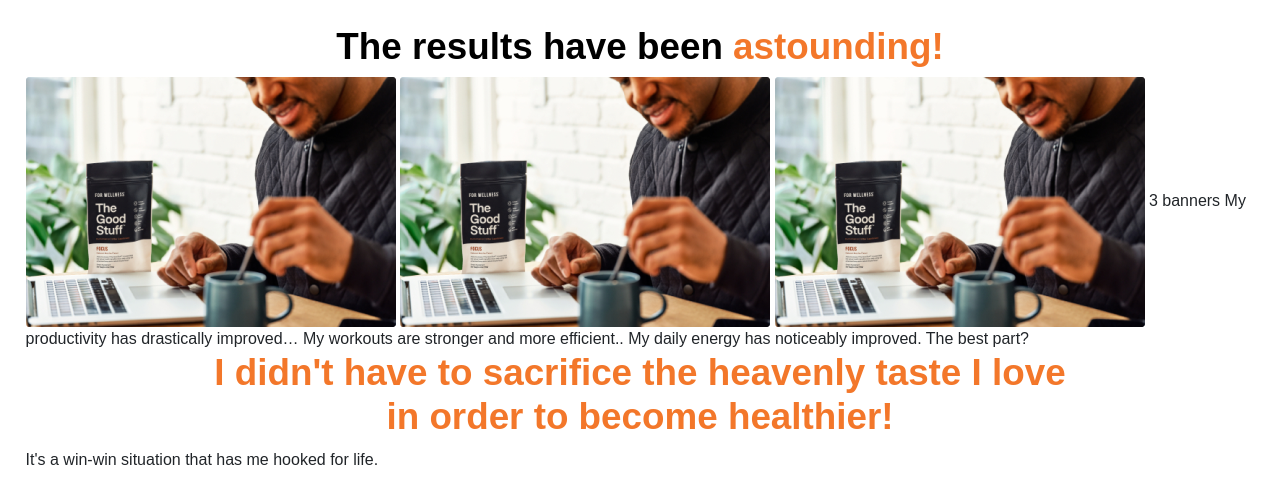
Repository: dariusprince90/wellness-landing
Page: index.html
An editor plug-in stored every save of this project. The page is shown before and after the next save, followed by the edit.
The browser window is 1280 px wide. The pictures show the part of the page from y = 2970 to 3467 px (the page is 9607 px tall).
Pictures or frames that could not be fetched are drawn as grey boxes.

Above is the page before, as saved 2023-07-27 16:45:27.

After the next save:
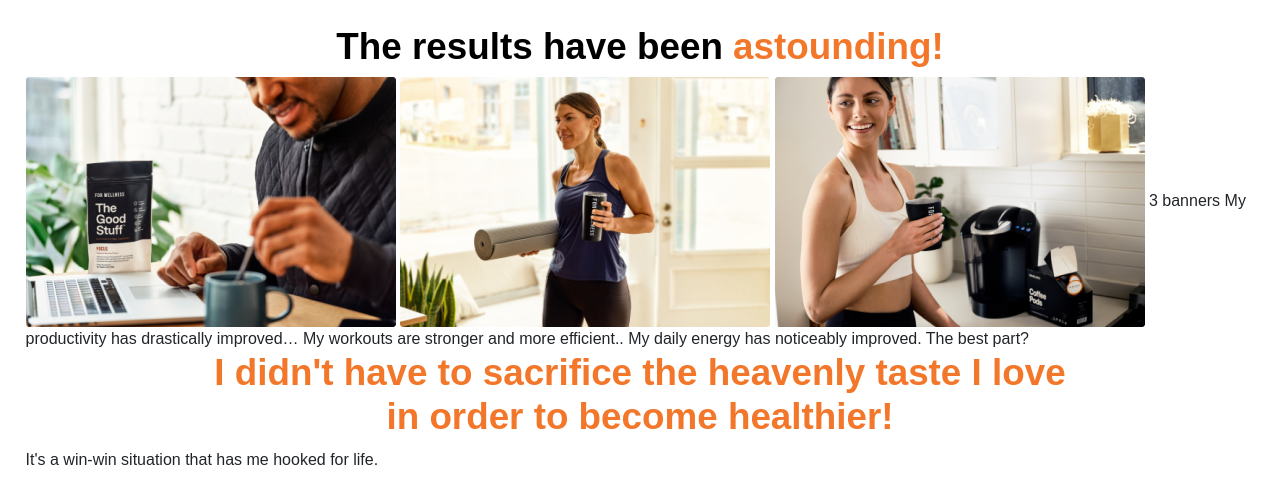
Saved 10 s later.
--- a/index.html
+++ b/index.html
@@ -198,9 +198,11 @@
         <section class="s-008-text">
 
             <h3>The results have been <span class="emphasis_Orange">astounding!</span></h3>
+
+
             <img src="./img/008/CoffeeUserSmBanner1.png" alt="CoffeeUserSmBanner1.png" />
-            <img src="./img/008/CoffeeUserSmBanner1.png" alt="CoffeeUserSmBanner2.png" />
-            <img src="./img/008/CoffeeUserSmBanner1.png" alt="CoffeeUserSmBanner3.png" />
+            <img src="./img/008/CoffeeUserSmBanner2.png" alt="CoffeeUserSmBanner2.png" />
+            <img src="./img/008/CoffeeUserSmBanner3.png" alt="CoffeeUserSmBanner3.png" />
 
 
 
